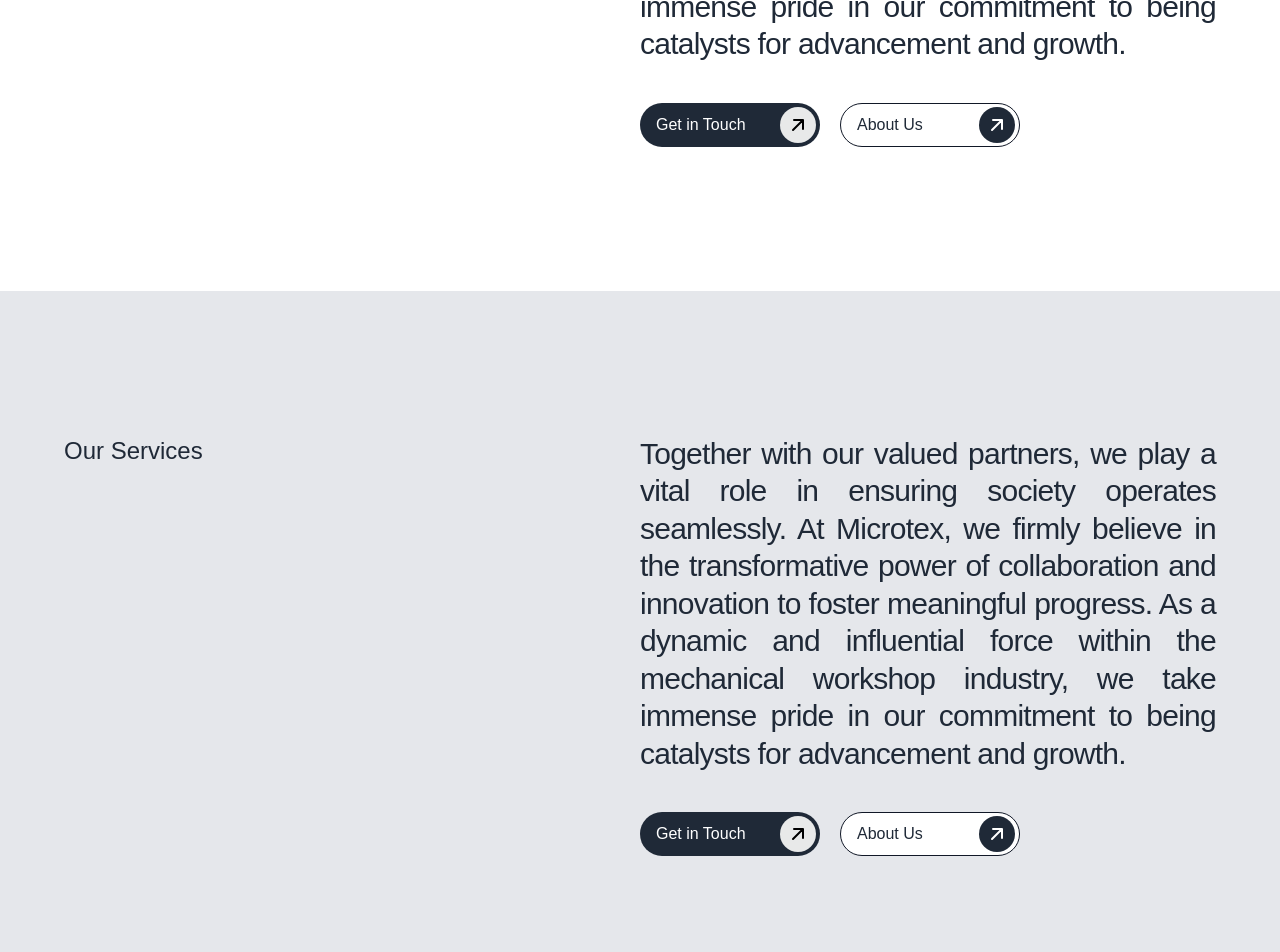
Repository: vespersolutionspk18/microtexwebsite
Page: /
These files come from the project's save history. The page is drawn as it stood at one moment and after the next save; the edit follows.
The browser window is 1280 px wide. The pictures show the part of the page from y = 1225 to 2177 px (the page is 2177 px tall before and 2093 px after).
Some web fonts or font styles are not loaded; a fallback is used. The project was rebuilt for these pictures with package versions that can differ from the ones it lists, and the page was loaded fresh each time. The framework's server and built-in components were replaced by stand-ins that run in the browser. Also part of the build but not shown: next.config.mjs.

Above is the page before, as saved 2024-11-18 20:55:45.

After the next save:
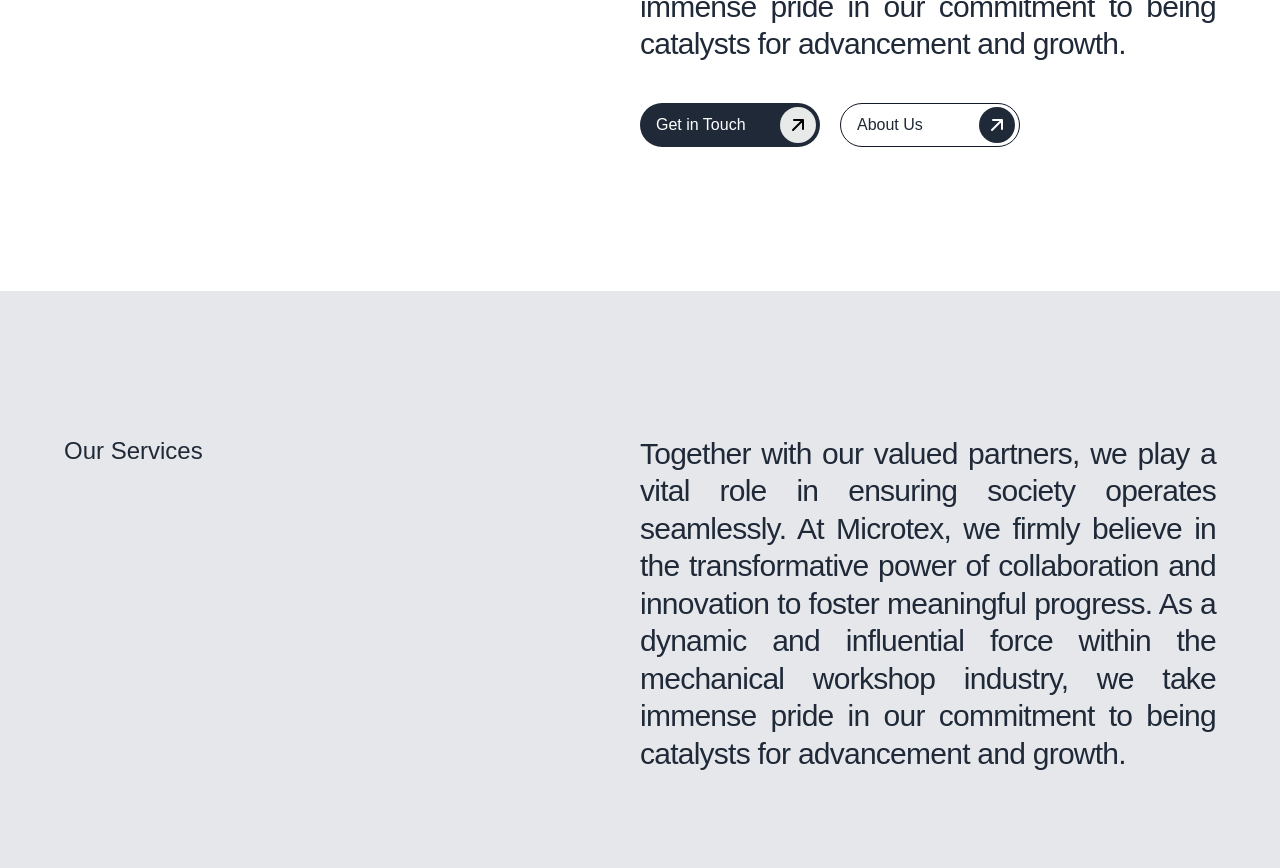
Saved 21 min 35 s later.
--- a/app/OurServices.tsx
+++ b/app/OurServices.tsx
@@ -9,30 +9,7 @@ const OurServices = () => {
         </div>
         <div className="md:w-[50%] pt-20 flex flex-col gap-10">
             <h3 className="text-gray-800 font-light text-justify text-3xl tracking-tight leading-tight">Together with our valued partners, we play a vital role in ensuring society operates seamlessly. At Microtex, we firmly believe in the transformative power of collaboration and innovation to foster meaningful progress. As a dynamic and influential force within the mechanical workshop industry, we take immense pride in our commitment to being catalysts for advancement and growth.</h3>
-            <div className="flex flex-row gap-5">
-                <div id="button"
-  className="group  bg-gray-800 h-[44px] flex-row  text-white text-[16px] py-1 px-1 font-light rounded-full hidden md:flex items-center justify-between w-[180px] transition-width duration-500 ease-in-out  hover:w-[205px] hover:bg-mcred"
 
->
-  <div className="mx-3">Get in Touch</div>
-  <div className="bg-[#E8E9E9] rounded-full h-[36px] w-[36px] flex items-center justify-center transition-transform duration-500 ease-in-out group-hover:rotate-45">
-    <ButtonArrow className="h-[24px] w-[24px]" />
-  </div>
-                </div>
-
-                <div id="button"
-  className="group border-gray-900 border-[1px] bg-white h-[44px] flex-row  text-gray-800 text-[16px] py-1 px-1 font-light rounded-full hidden md:flex items-center justify-between w-[180px] transition-width duration-500 ease-in-out  hover:w-[205px] "
-
->
-  <div className="mx-3">About Us</div>
-  <div className="bg-gray-800 rounded-full h-[36px] w-[36px] flex items-center justify-center transition-transform duration-500 ease-in-out group-hover:rotate-45">
-    <ButtonArrowwhite className="h-[24px] w-[24px]" />
-  </div>
-                </div>
-
-
-
-            </div>
         </div>
     </div>
   )
